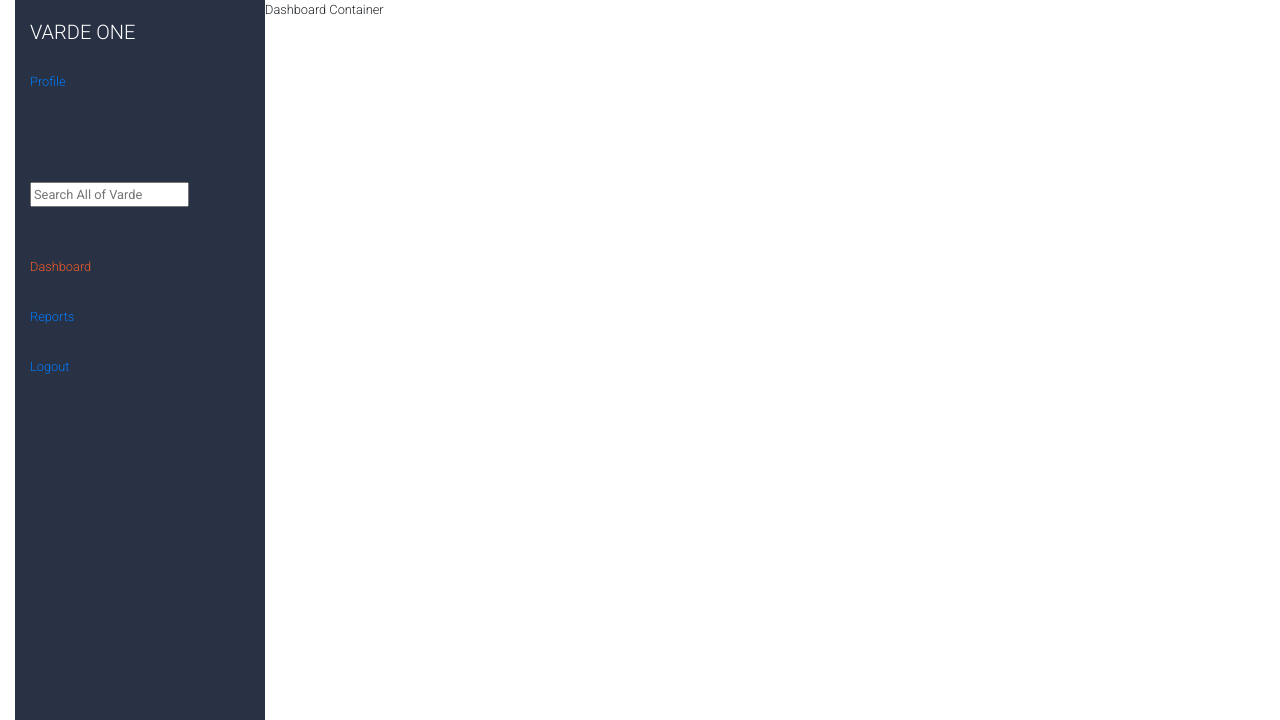
Repository: slavishtipkov/cra-redux
Page: /dashboard
The author's editor kept a copy of each file at every save. The page is drawn from the files as they stood at one save, then again after the next save.
The browser window is 1280 px wide. The pictures show the whole page.
The project was rebuilt for these pictures with package versions that can differ from the ones it lists, and the page was loaded fresh each time.

Above is the page before, as saved 2019-07-09 15:32:37.

After the next save:
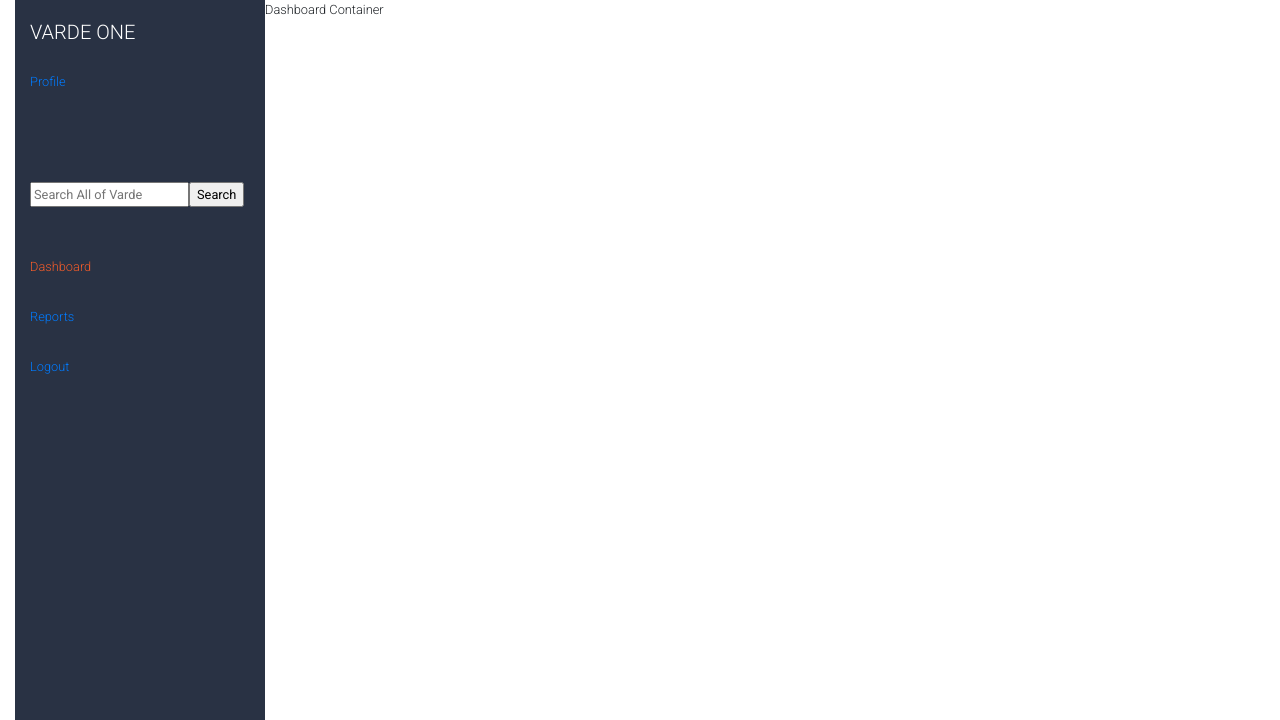
Saved 14 s later.
--- a/src/Components/Common/SideBar/SideBar.js
+++ b/src/Components/Common/SideBar/SideBar.js
@@ -16,7 +16,7 @@ const SideBar = () => {
         </NavLink>
       </div>
       <div className="search-bar">
-        <input type="text" placeholder="Search All of Varde" />
+        <SearchBox />
       </div>
       <div className="main-links">
         <NavLink to="/dashboard" activeStyle={activeStyle}>
